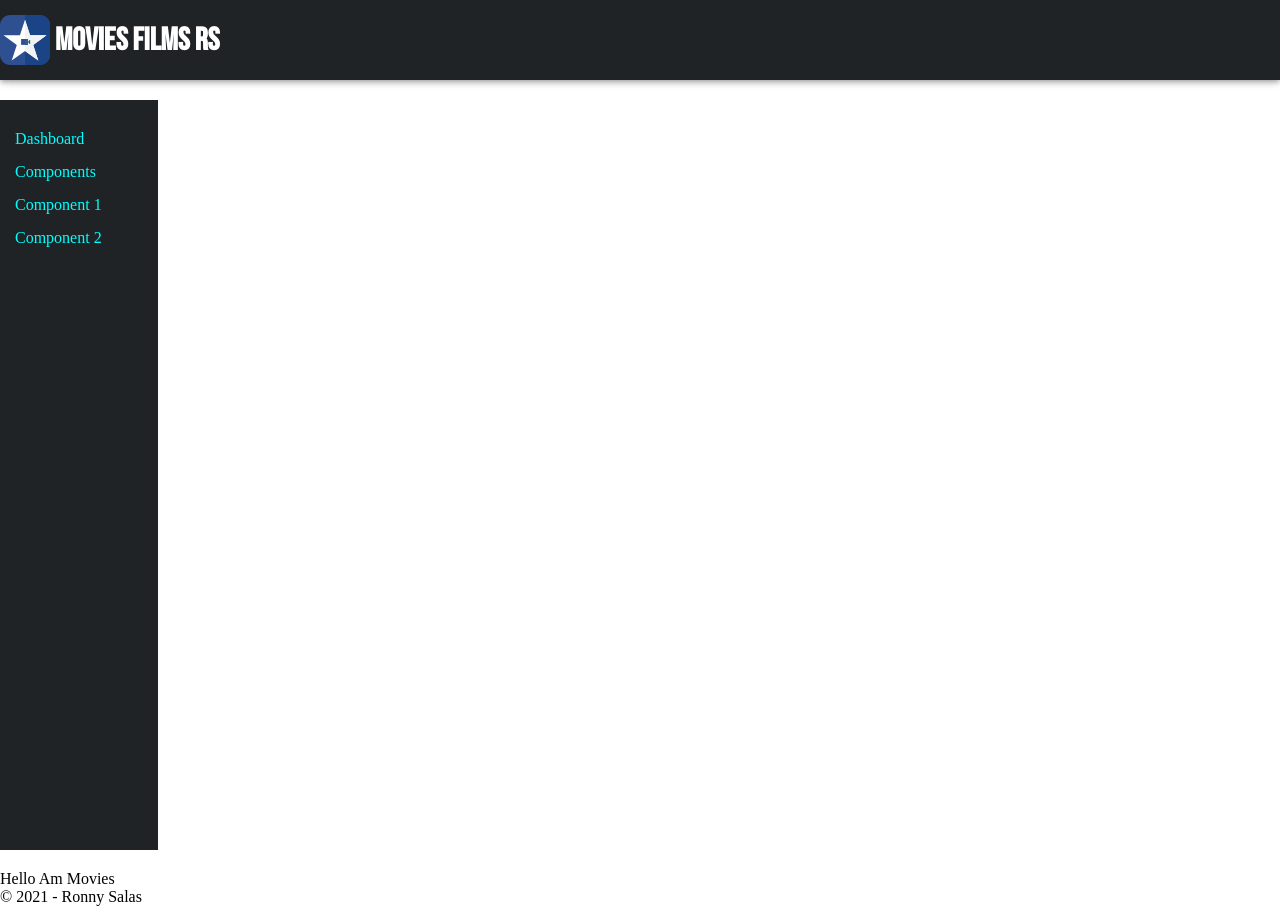
Repository: ronnysalas459/assigment-2
Page: /
An editor plug-in stored every save of this project. The page is shown before and after the next save, followed by the edit.
The browser window is 1280 px wide. The pictures show the whole page.
The page's requests for data from a server got no answer. The project was rebuilt for these pictures with package versions that can differ from the ones it lists, and the page was loaded fresh each time. No one was signed in, and anything a server would have sent is missing. Also part of the build but not shown: src/contexts/DetailsContext.js, src/components/Details/index.js, src/components/NotFound/index.js.

Above is the page before, as saved 2021-08-29 20:29:13.

### src/index.js
import React from 'react';
import ReactDOM from 'react-dom';
import App from './App';

ReactDOM.render(<App />,document.querySelector('#root')
);

### src/App.js
import React from "react";
import { BrowserRouter, Switch, Route } from "react-router-dom";
import MoviesContextProvider from "./contexts/MoviesContext";
import DetailsContextProvider from "./contexts/DetailsContext";
import Movies from "./components/Movies";
import Details from "./components/Details";
import Header from "./components/Common/Header";
import Footer from "./components/Common/Footer";
import SideBar from "./components/Common/SideBar";
import NotFound from "./components/NotFound";
import "./assets/css/styles.css";

const App = () => (
  <BrowserRouter>
    <div className="container">
    <Header />
    <SideBar/>
    </div>
    <Switch>
      <Route exact path="/">
        <MoviesContextProvider>
          <Movies />
        </MoviesContextProvider>
      </Route>
      <Route path="/movie/movie_id">
        <DetailsContextProvider>
          <Details />
        </DetailsContextProvider>
      </Route>
      <Route component={NotFound} />
    </Switch>
    <Footer />
  </BrowserRouter>
);

export default App;

### src/contexts/MoviesContext.js
import React, { createContext, useState, useEffect } from "react";
import { popularGet, movieSearch } from "./../constants";

export const MoviesContext = createContext();

const MoviesContextProvider = ({ children }) => {
  const [doneFetch, setDoneFetch] = useState();
  const [currentQuery, setCurrentQuery] = useState("");
  const [text, setText] = useState("Top Movies");
  const [movies, setMovies] = useState([]);

  useEffect(() => {
    getPopularMovies();
  }, []);

  const getPopularMovies = () => {
    fetch(popularGet())
      .then((res) => res.json())
      .then((data) => {
        setDoneFetch(true);
        setMovies(data.results);
      })
      .catch((err) => console.log(err));
  };

  const getMovies = (query) => {
    fetch(movieSearch(query))
      .then((res) => res.json())
      .then((data) => {
        const { results } = data;
        setDoneFetch(true);
        setText(results.length ? "Results" : "No Results");
        setMovies(results);
      })
      .catch((err) => console.log(err));
  };

  const validateQuery = (
    e,
    query = document.querySelector("#query").value.toLowerCase().trim()
  ) => {
    if (e.type === "keypress" && e.key !== "Enter") return;
    const words = query.match(/\w+/g);
    query = words && words.join(" ");
    if (query && query !== currentQuery) {
      setCurrentQuery(query);
      setDoneFetch(false);
      getMovies(query);
    }
  };
  return (
    <MoviesContext.Provider value={{ doneFetch, text, movies, validateQuery }}>
      {children}
    </MoviesContext.Provider>
  );
};

export default MoviesContextProvider;

### src/components/Movies/index.js
import React from 'react'

const Movies = () => (
    <p> Hello Am Movies</p>
);

export default Movies;

### src/components/Common/Header.js
import React from "react";
import { AppBar, Toolbar } from "@material-ui/core";
import { ReactComponent as Logo } from "./../../assets/img/movie.svg";
import "./../../assets/css/styles.css";
const Header = () => (
  <AppBar position="sticky">
      <div className="header-container">
            <Logo className="logo-container" />
            &nbsp;&nbsp;
        <h1>Movies Films RS</h1>
      </div>
  </AppBar>
);

export default Header;

### src/components/Common/Footer.js
import React from 'react'

const Footer = () => (
    <footer>
        <p> &copy; { new Date().getFullYear()} - Ronny Salas</p>
    </footer>
);


export default Footer;

### src/components/Common/SideBar.js
import React from "react";
import { ProSidebar, Menu, MenuItem, SubMenu } from "react-pro-sidebar";
import "./../../assets/css/styles.css";

const SideBar = () => (
  <section className="content">
    <aside className="aside">
      <ProSidebar>
        <Menu iconShape="square">
          <MenuItem>Dashboard</MenuItem>
          <SubMenu title="Components">
            <MenuItem>Component 1</MenuItem>
            <MenuItem>Component 2</MenuItem>
          </SubMenu>
        </Menu>
      </ProSidebar>
    </aside>
  </section>
);
export default SideBar;

### src/assets/css/styles.css
/*FUENTES*/

@font-face {
  font-family: "TrebuchetMS";
  src: url("../fonts/TrebuchetMS.ttf");
  font-weight: normal;
  font-style: normal;
}
@font-face {
  font-family: "BebasNeue";
  src: url("../fonts/BebasNeue.otf");
  font-weight: normal;
  font-style: normal;
}

@font-face {
  font-family: "WebSymbolsRegular";
  src: url("../fonts/websymbols-regular-webfont.eot");
  src: url("../fonts/websymbols-regular-webfont.eot?#iefix")
      format("embedded-opentype"),
    url("../fonts/websymbols-regular-webfont.woff") format("woff"),
    url("../fonts/websymbols-regular-webfont.ttf") format("truetype"),
    url("../fonts/websymbols-regular-webfont.svg#WebSymbolsRegular")
      format("svg");
  font-weight: normal;
  font-style: normal;
}

* {
  margin: 0px;
  padding: 0px;
}

html {
  overflow-x: hidden;
}

.container{
  width:100%;
  height:auto;
}

.header-container {
  width: 100%;
  height: 80px;
  background-color: #1f2326 !important;
  font-family: BebasNeue;
  color: white;
  display: flex;
  flex-direction: row;
  flex-wrap: wrap;
  align-items: center;
}

.logo-container {
  display: block;
  height: 100%;
  width: 50px;
}
.logo-container h1 {
  color: aqua;
}
.content{
  display:flex;
  padding-top: 20px;
  padding-bottom: 20px;
}
.aside{
  display:flex;
  min-height: 100vh;
  flex-basis: 10%;
  margin-right: 30px;
  padding: 15px;
  flex-direction: column;
  flex-wrap: wrap;
  color: aqua;
  background-color: #1f2326;
}

ul {
  list-style-type: none;
  padding: 0;
}

li {
  margin-top: 15px;
}

a {
  text-decoration: none;
}

.root {
  margin: 3vw;
}

.message,
.defaultPaper {
  text-align: center;
  color: rgba(0, 0, 0, 0.54) !important;
}

.paper {
  margin-top: 25px;
  margin-bottom: 25px;
  margin-left: auto;
  margin-right: auto;
  max-width: 600px;
}

.defaultPaper {
  padding: 15px;
}

.title {
  font-size: 25px;
}

.buttonPrimary,
.progressBar {
  display: flex;
  justify-content: center;
  align-items: center;
}

.buttonPrimary,
.message,
.progressBar {
  margin: 10px;
}

.MuiTextField-root {
  width: 100%;
}

@media (max-width: 323px) {
  h1 {
    display: none;
  }
}

### src/constants/index.js
//HABILITAR PROXY INVERSO PARA CORS INTERCEPTOR
//const cors_anywhere = "https://cors-anywhere.herokuapp.com/";
const base_url = "https://api.themoviedb.org/3/";
const popular_movies_get = "movie/popular?";
const movie_search = "search/movie?";
const movies_get = "movie/{movie_id}";
const api_key = "api_key = 2c4e30626dc1fcee2a373a9a71cf70f1";


export const popularGet = popular_movies_get => `${base_url}${popular_movies_get}${api_key}`;
export const moviesGet = movies_get => `${base_url}${movies_get}${api_key}`;
export const movieSearch = query => `${base_url}${movie_search}${api_key}query=${query}`;

Loaded but not shown: public/index.html (common file)

After the next save:
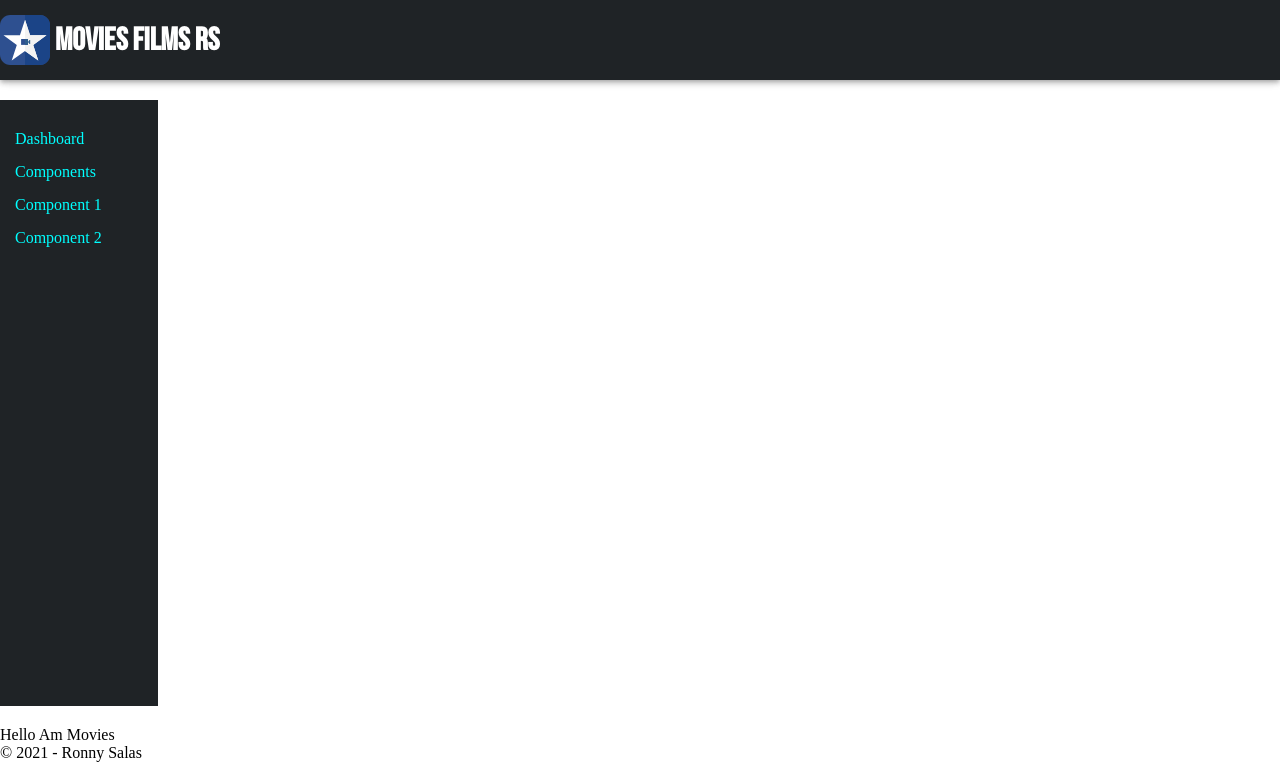
Saved 18 s later.
--- a/src/assets/css/styles.css
+++ b/src/assets/css/styles.css
@@ -67,7 +67,7 @@
 }
 .aside{
   display:flex;
-  min-height: 100vh;
+  min-height: 80vh;
   flex-basis: 10%;
   margin-right: 30px;
   padding: 15px;
